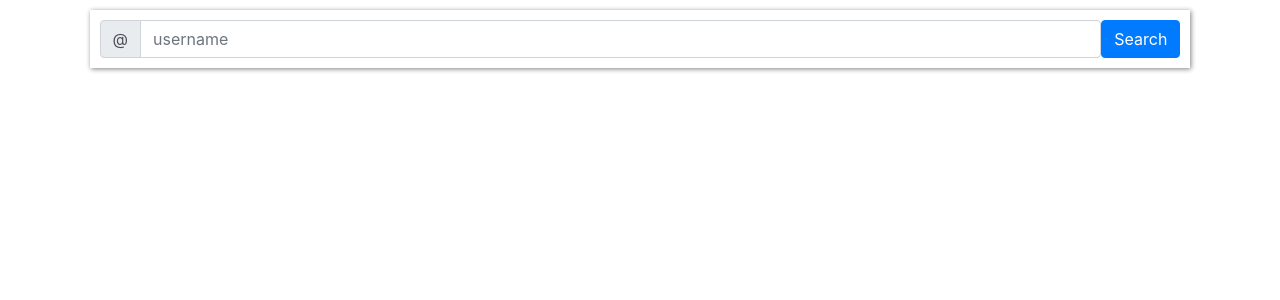
Repository: the-manohar/gallery
Page: /
An editor plug-in stored every save of this project. The page is shown before and after the next save, followed by the edit.
The browser window is 1280 px wide. The pictures show the whole page.
The project was rebuilt for these pictures with package versions that can differ from the ones it lists, and the page was loaded fresh each time.

Above is the page before, as saved 2020-06-18 23:05:57.

### src/index.js
import React from "react";
import ReactDOM from "react-dom";
import "./index.css";
import "bootstrap/dist/css/bootstrap.css";
import App from "./App";
import * as serviceWorker from "./serviceWorker";

ReactDOM.render(
  <React.StrictMode>
    <App />
  </React.StrictMode>,
  document.getElementById("root")
);

// If you want your app to work offline and load faster, you can change
// unregister() to register() below. Note this comes with some pitfalls.
// Learn more about service workers: https://bit.ly/CRA-PWA
serviceWorker.unregister();

### src/App.js
import React, { useState } from "react";
import {
  Button,
  InputGroup,
  InputGroupText,
  InputGroupAddon,
  Input,
} from "reactstrap";

import "./App.css";

function App() {
  const [value, setValue] = useState("");
  const [result, setResult] = useState([]);
  const fetchImages = () => {
    fetch(
      `https://api.unsplash.com/search/photos/?client_id=V38aA4zOjg1Xb1lBpNRUAK8duXvqwhDHHJbssXB_Pps&query=${value}&orientation=squarish`
    )
      .then((res) => res.json())
      .then((data) => {
        setResult(data.results);
      });
  };
  return (
    <div className="App">
      <div className="mydiv">
        {/* <span>Search</span> */}
        <InputGroup>
          <InputGroupAddon addonType="prepend">
            <InputGroupText>@</InputGroupText>
          </InputGroupAddon>
          <Input placeholder="username" />
        </InputGroup>
        {/* <input
          style={{ width: "60%" }}
          type="text"
          value={value}
          onChange={(event) => setValue(event.target.value)}
        /> */}
        {/* <button onClick={() => fetchImages()}>Search</button> */}
        <Button color="primary" onClick={() => fetchImages()}>
          Search
        </Button>
      </div>

      <div className="gallery">
        {result.map((item) => {
          return (
            <img
              className="item"
              key={item.id}
              src={item.urls.regular}
              alt={item.urls.regular}
            />
          );
        })}
      </div>
    </div>
  );
}

export default App;

// V38aA4zOjg1Xb1lBpNRUAK8duXvqwhDHHJbssXB_Pps

### src/App.css
.App {
  text-align: center;
}
.mydiv {
  display: flex;
  justify-content: space-around;
  margin: 10px 7%;
  box-shadow: 1px 1px 5px grey;
  padding: 10px;
}

.gallery {
  display: flex;
  flex-wrap: wrap;
  justify-content: space-around;
}
.item {
  width: 30%;
  margin: 5px;
}

Loaded but not shown: public/index.html (common file); src/index.css (common file); src/serviceWorker.js (common file)

After the next save:
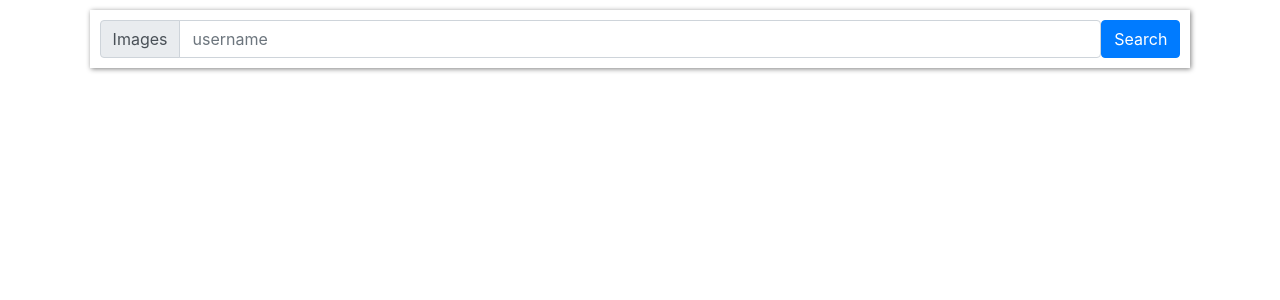
Saved 7 s later.
--- a/src/App.js
+++ b/src/App.js
@@ -27,7 +27,7 @@ function App() {
         {/* <span>Search</span> */}
         <InputGroup>
           <InputGroupAddon addonType="prepend">
-            <InputGroupText>@</InputGroupText>
+            <InputGroupText>Images</InputGroupText>
           </InputGroupAddon>
           <Input placeholder="username" />
         </InputGroup>
